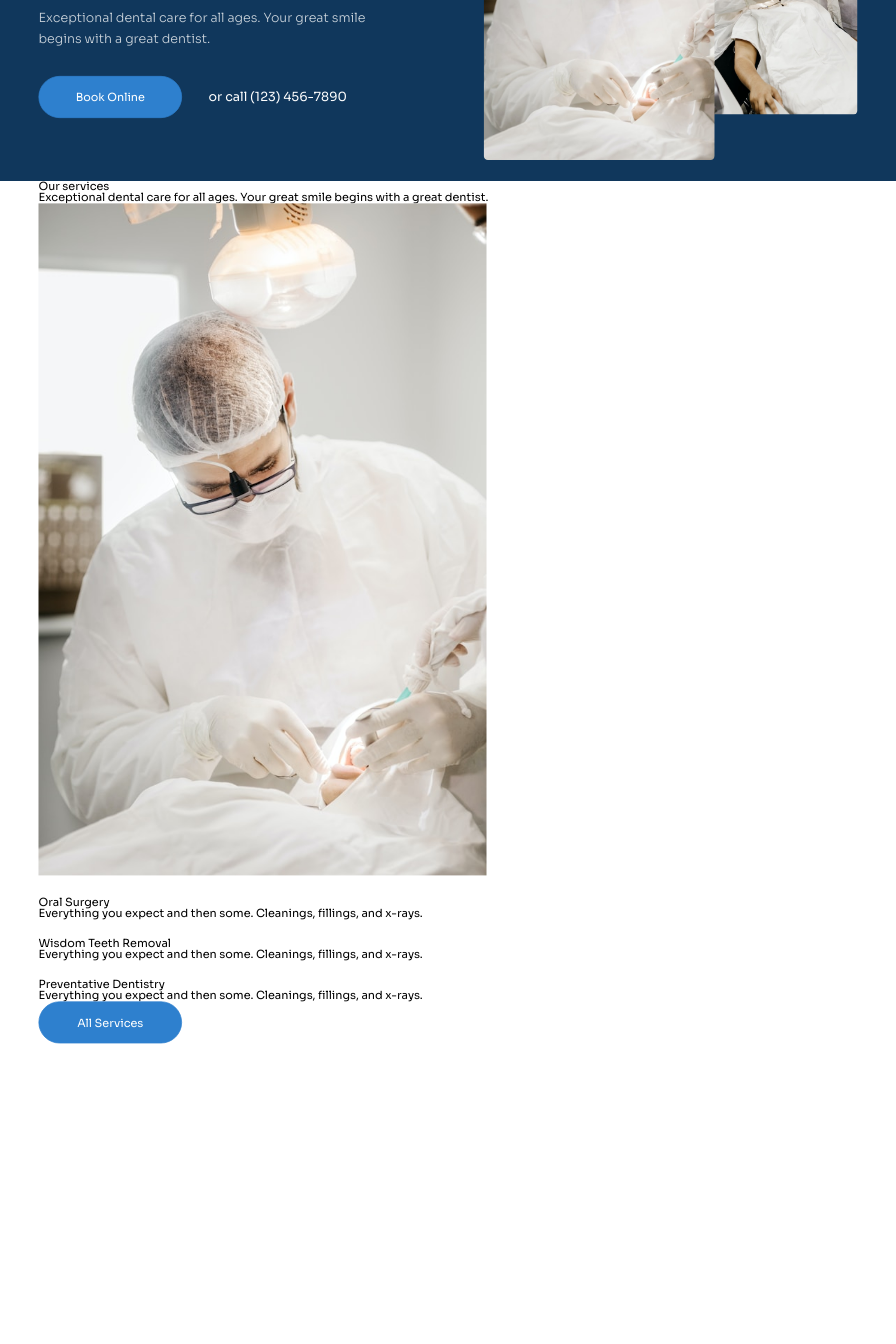
Repository: Tran-Dat/F8_Project_03
Page: index.html
The author's editor kept a copy of each file at every save. The page is drawn from the files as they stood at one save, then again after the next save.
The browser window is 1280 px wide. The pictures show the part of the page from y = 461 to 2381 px (the page is 3720 px tall before and 3890 px after), at 70% of full size.

Above is the page before, as saved 2023-04-03 14:52:36.

### index.html
<!DOCTYPE html>
<html lang="en">
    <head>
        <meta charset="UTF-8" />
        <meta http-equiv="X-UA-Compatible" content="IE=edge" />
        <meta name="viewport" content="width=device-width, initial-scale=1.0" />
        <title>shine smile</title>

        <!-- Favicon -->
        <link rel="apple-touch-icon" sizes="57x57" href="./assets/favicon/" />
        <link
            rel="apple-touch-icon"
            sizes="60x60"
            href="./assets/favicon/apple-icon-60x60.png"
        />
        <link
            rel="apple-touch-icon"
            sizes="72x72"
            href="./assets/favicon/apple-icon-72x72.png"
        />
        <link
            rel="apple-touch-icon"
            sizes="76x76"
            href="./assets/favicon/apple-icon-76x76.png"
        />
        <link
            rel="apple-touch-icon"
            sizes="114x114"
            href="./assets/favicon/apple-icon-114x114.png"
        />
        <link
            rel="apple-touch-icon"
            sizes="120x120"
            href="./assets/favicon/apple-icon-120x120.png"
        />
        <link
            rel="apple-touch-icon"
            sizes="144x144"
            href="./assets/favicon/apple-icon-144x144.png"
        />
        <link
            rel="apple-touch-icon"
            sizes="152x152"
            href="./assets/favicon/apple-icon-152x152.png"
        />
        <link
            rel="apple-touch-icon"
            sizes="180x180"
            href="./assets/favicon/apple-icon-180x180.png"
        />
        <link
            rel="icon"
            type="image/png"
            sizes="192x192"
            href="./assets/favicon/android-icon-192x192.png"
        />
        <link
            rel="icon"
            type="image/png"
            sizes="32x32"
            href="./assets/favicon/favicon-32x32.png"
        />
        <link
            rel="icon"
            type="image/png"
            sizes="96x96"
            href="./assets/favicon/favicon-96x96.png"
        />
        <link
            rel="icon"
            type="image/png"
            sizes="16x16"
            href="./assets/favicon/favicon-16x16.png"
        />
        <link rel="manifest" href="./assets/favicon/manifest.json" />
        <meta name="msapplication-TileColor" content="#ffffff" />
        <meta
            name="msapplication-TileImage"
            content="./assets/favicon/ms-icon-144x144.png"
        />
        <meta name="theme-color" content="#ffffff" />

        <!-- Emmet Fonts -->
        <link rel="preconnect" href="https://fonts.googleapis.com" />
        <link rel="preconnect" href="https://fonts.gstatic.com" crossorigin />
        <link
            href="https://fonts.googleapis.com/css2?family=Sora:wght@300;400;500;600;700;800&display=swap"
            rel="stylesheet"
        />

        <!-- Reset Css -->
        <link rel="stylesheet" href="./assets/css/reset.css" />
        <link rel="stylesheet" href="./assets/css/style.css" />
    </head>
    <body>
        <!-- Header -->
        <header class="header">
            <div class="container">
                <!-- Header top -->
                <div class="header-top">
                    <!-- Logo -->
                    <a href="/">
                        <div class="logo">
                            <span class="logo__circle"> </span>
                            <span class="logo__text">
                                <span class="logo__brand">Shine</span>
                                <span class="logo__brand logo__brand--small">
                                    smile
                                </span>
                            </span>
                        </div>
                    </a>

                    <!-- NavBar -->
                    <nav class="navbar">
                        <ul class="navbar__list">
                            <li class="navbar__item">
                                <a
                                    href="#!"
                                    class="navbar__link navbar__item--active"
                                >
                                    Home
                                </a>
                            </li>
                            <li class="navbar__item">
                                <a href="#!" class="navbar__link">Services</a>
                            </li>
                            <li class="navbar__item">
                                <a href="#!" class="navbar__link">About</a>
                            </li>
                            <li class="navbar__item">
                                <a href="#!" class="navbar__link">Doctors</a>
                            </li>
                        </ul>
                    </nav>

                    <!-- Action -->
                    <div class="header-action">
                        <a href="" class="header-action__login">Log In</a>
                        <button href="" class="btn header-action__signup">
                            Sign Up
                        </button>
                    </div>
                </div>

                <!-- Hero -->
                <section class="hero">
                    <!-- Hero content -->
                    <section class="hero__content">
                        <h1 class="hero__heading">
                            Exceptional dental care for all ages.
                        </h1>
                        <p class="hero__desc">
                            Exceptional dental care for all ages. Your great
                            smile begins with a great dentist.
                        </p>
                        <div class="hero__row">
                            <a href="" class="btn">Book Online</a>
                            <span class="hero__phone"
                                >or call (123) 456-7890</span
                            >
                        </div>
                    </section>

                    <!-- Hero media -->
                    <div class="hero__media">
                        <figure class="hero__images">
                            <img
                                src="./assets/img/hero-01.jpg"
                                alt=""
                                class="hero__img"
                            />
                            <img
                                src="./assets/img/hero-02.jpg"
                                alt=""
                                class="hero__img"
                            />
                        </figure>
                    </div>
                </section>
            </div>
        </header>

        <main style="height: 3000px">
            <section class="service">
                <div class="container">
                    <h2 class="section-heading">Our services</h2>
                    <p class="section-desc">
                        Exceptional dental care for all ages. Your great smile
                        begins with a great dentist.
                    </p>

                    <div class="service-row">
                        <figure class="service__images">
                            <img
                                src="./assets/img/hero-01.jpg"
                                alt=""
                                class="service__img"
                            />
                        </figure>

                        <!-- Service List -->
                        <div class="service__list">
                            <!-- Service item 1 -->
                            <section class="service-item">
                                <div class="service-item__icon-wrap">
                                    <!-- icon -->
                                    <svg
                                        class="service-item__icon"
                                        width="22"
                                        height="24"
                                        viewBox="0 0 22 24"
                                        fill="none"
                                        xmlns="http://www.w3.org/2000/svg"
                                    >
                                        <path
                                            d="M20.3598 2.63964C17.9506 -0.556131 14.2772 -0.568132 11.2481 1.10682C11.001 1.24657 10.7219 1.31411 10.4406 1.30222C10.1592 1.29033 9.88633 1.19945 9.65105 1.03931C8.49552 0.245717 7.29036 -0.316477 5.13904 0.207462C0.623408 1.3071 0 4.90379 0 8.99816C0.0797353 12.1602 0.500857 15.3032 1.25551 18.3683C2.11836 22.0168 3.90382 24 5.43354 24C6.96326 24 7.00963 22.2204 7.00963 20.8016C7.00963 19.2009 7.39505 14.8009 10.8642 14.8009C13.5317 14.8009 14.3333 18.4013 14.3333 20.8016C14.3329 23.095 15.1722 24 16.6628 24C19.5267 24 20.9796 15.3938 21.3719 13.1237C21.7642 10.8535 22.9882 6.12569 20.3598 2.63964Z"
                                            fill="white"
                                        />
                                    </svg>
                                </div>

                                <div class="service-item__body">
                                    <h3 class="service-item__heading">
                                        Oral Surgery
                                    </h3>
                                    <p class="service-item__desc">
                                        Everything you expect and then some.
                                        Cleanings, fillings, and x-rays.
                                    </p>
                                </div>
                            </section>

                            <!-- Service item 2 -->
                            <section class="service-item">
                                <div class="service-item__icon-wrap">
                                    <!-- icon -->
                                    <svg
                                        class="service-item__icon"
                                        width="22"
                                        height="24"
                                        viewBox="0 0 22 24"
                                        fill="none"
                                        xmlns="http://www.w3.org/2000/svg"
                                    >
                                        <path
                                            d="M20.3598 2.63964C17.9506 -0.556131 14.2772 -0.568132 11.2481 1.10682C11.001 1.24657 10.7219 1.31411 10.4406 1.30222C10.1592 1.29033 9.88633 1.19945 9.65105 1.03931C8.49552 0.245717 7.29036 -0.316477 5.13904 0.207462C0.623408 1.3071 0 4.90379 0 8.99816C0.0797353 12.1602 0.500857 15.3032 1.25551 18.3683C2.11836 22.0168 3.90382 24 5.43354 24C6.96326 24 7.00963 22.2204 7.00963 20.8016C7.00963 19.2009 7.39505 14.8009 10.8642 14.8009C13.5317 14.8009 14.3333 18.4013 14.3333 20.8016C14.3329 23.095 15.1722 24 16.6628 24C19.5267 24 20.9796 15.3938 21.3719 13.1237C21.7642 10.8535 22.9882 6.12569 20.3598 2.63964Z"
                                            fill="white"
                                        />
                                    </svg>
                                </div>

                                <div class="service-item__body">
                                    <h3 class="service-item__heading">
                                        Wisdom Teeth Removal
                                    </h3>
                                    <p class="service-item__desc">
                                        Everything you expect and then some.
                                        Cleanings, fillings, and x-rays.
                                    </p>
                                </div>
                            </section>

                            <!-- Service item 3 -->
                            <section class="service-item">
                                <div class="service-item__icon-wrap">
                                    <!-- icon -->
                                    <svg
                                        class="service-item__icon"
                                        width="22"
                                        height="24"
                                        viewBox="0 0 22 24"
                                        fill="none"
                                        xmlns="http://www.w3.org/2000/svg"
                                    >
                                        <path
                                            d="M20.3598 2.63964C17.9506 -0.556131 14.2772 -0.568132 11.2481 1.10682C11.001 1.24657 10.7219 1.31411 10.4406 1.30222C10.1592 1.29033 9.88633 1.19945 9.65105 1.03931C8.49552 0.245717 7.29036 -0.316477 5.13904 0.207462C0.623408 1.3071 0 4.90379 0 8.99816C0.0797353 12.1602 0.500857 15.3032 1.25551 18.3683C2.11836 22.0168 3.90382 24 5.43354 24C6.96326 24 7.00963 22.2204 7.00963 20.8016C7.00963 19.2009 7.39505 14.8009 10.8642 14.8009C13.5317 14.8009 14.3333 18.4013 14.3333 20.8016C14.3329 23.095 15.1722 24 16.6628 24C19.5267 24 20.9796 15.3938 21.3719 13.1237C21.7642 10.8535 22.9882 6.12569 20.3598 2.63964Z"
                                            fill="white"
                                        />
                                    </svg>
                                </div>

                                <div class="service-item__body">
                                    <h3 class="service-item__heading">
                                        Preventative Dentistry
                                    </h3>
                                    <p class="service-item__desc">
                                        Everything you expect and then some.
                                        Cleanings, fillings, and x-rays.
                                    </p>
                                </div>
                            </section>
                        </div>

                        <a href="" class="btn">All Services</a>
                    </div>
                </div>
            </section>
        </main>
    </body>
</html>

### assets/css/style.css
* {
    box-sizing: border-box;
}

:root {
    --header-bg: #10375c;
}

html {
    font-size: 62.5%;
}

body {
    font-size: 1.6rem;
    font-family: "Sora", sans-serif;
}

/* ================================================================ Common ================================================================ */

.btn {
    --height: 60px;

    display: inline-block;
    min-width: 205px;
    height: var(--height);
    padding: 0 20px;
    border-radius: 99px;
    border: 1px solid #2e80ce;
    font-size: 1.6rem;
    font-weight: 400;
    text-align: center;
    line-height: var(--height);
    color: #fff;
    background: #2e80ce;
}

.btn:hover {
    opacity: 0.9;
    cursor: pointer;
}

a {
    text-decoration: none;
}

.container {
    width: 1170px;
    max-width: calc(100% - 48px);
    margin: 0 auto;
}

/* ================================================================ Header ================================================================ */

.header {
    min-height: 100vh;
    background: var(--header-bg);
    padding-top: 30px;
}

.header-top {
    display: flex;
    justify-content: space-between;
    align-items: center;
}

.logo {
    display: inline-flex;
    position: relative;
    font-size: 1rem;
}

.logo__circle::before,
.logo__circle::after {
    content: "";
    display: inline-block;
    border-radius: 50%;
}

.logo__circle::before {
    width: 3em;
    height: 3em;
    background: #2e80ce;
}

.logo__circle::after {
    position: absolute;
    top: 1.1em;
    left: 1.1em;
    width: 1.6em;
    height: 1.6em;
    background: #fff;
}

.logo__text {
    margin-left: 0.6em;
    text-align: right;
    line-height: 1.6em;
}

.logo__brand {
    display: block;
    font-size: 1.8em;
    font-weight: 400;
    color: #fff;
}

.logo__brand--small {
    font-size: 1.2em;
    font-weight: 300;
}

.navbar__list {
    display: flex;
}

.header-action__login,
.navbar__link {
    padding: 4px 21px;
    font-weight: 300;
    font-size: 1.6rem;
    line-height: 1.75;
    color: #c9d2da;
}

.navbar__link:hover,
.navbar__item--active {
    text-shadow: 1px 0 0 currentColor;
    color: #fff;
}

.navbar__item--active::before {
    position: relative;
    left: -8px;
    top: -2px;
    content: "";
    display: inline-block;
    width: 6px;
    height: 6px;
    border-radius: 50%;
    background-color: #fff;
}

.header-action {
    display: flex;
    align-items: center;
}

.header-action__login {
    margin-right: 7px;
}

.header-action__signup {
    --height: 44px;
    height: var(--height);
    min-width: 104px;
}

/* ========================================== Hero =========================================== */

.hero {
    margin-top: 76px;
    display: flex;
    align-items: center;
}

/*           Hero content             */
.hero__content {
    flex-shrink: 0;
    width: 44%;
}

.hero__heading {
    font-weight: 600;
    font-size: 7rem;
    line-height: 1.14;
    letter-spacing: -0.02em;
    color: #ffffff;
}

.hero__desc {
    margin-top: 22px;
    font-weight: 300;
    font-size: 1.8rem;
    line-height: 1.67;
    color: #c9d2da;
}

.hero__row {
    display: flex;
    align-items: center;
    margin-top: 38px;
}

.hero__phone {
    margin-left: 38px;
    font-size: 1.8rem;
    line-height: 1.67;
    color: #ffffff;
}

/*           Hero media             */
.hero__media {
    flex-grow: 1;
}

.hero__images {
    display: flex;
    justify-content: flex-end;
    align-items: center;
}

.hero__img {
    width: 330px;
    height: 540px;
    border-radius: 6px;
    object-fit: cover;
}

.hero__img:first-child {
    position: relative;
    margin-right: -6px;
}

.hero__img:last-child {
    width: 210px;
    height: 410px;
}

Loaded but not shown: assets/css/reset.css (common file)

After the next save:
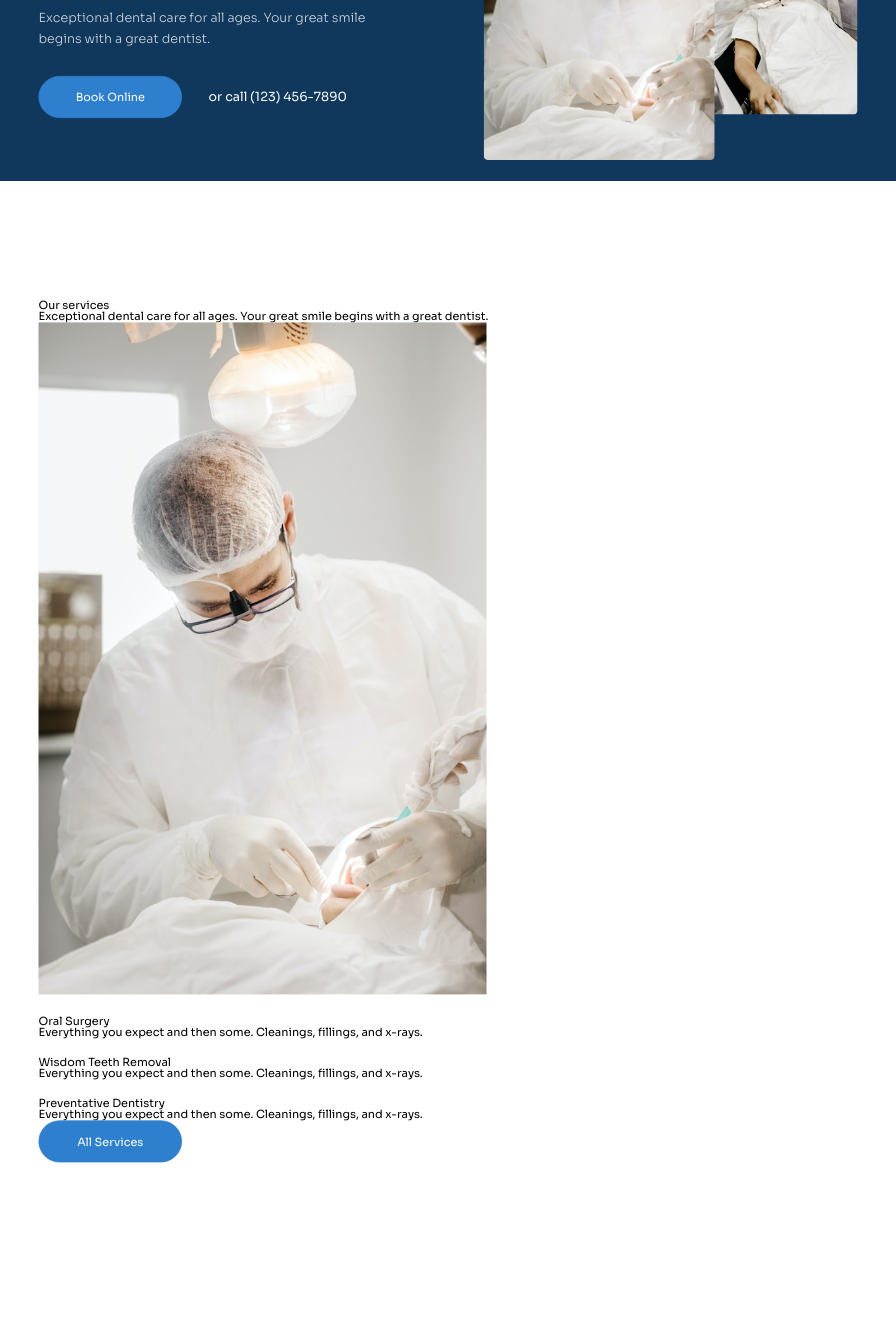
Saved 47 s later.
--- a/assets/css/style.css
+++ b/assets/css/style.css
@@ -225,3 +225,9 @@ a {
     width: 210px;
     height: 410px;
 }
+
+/* ================================================================ Service ================================================================ */
+
+.service {
+    margin-top: 170px;
+}
